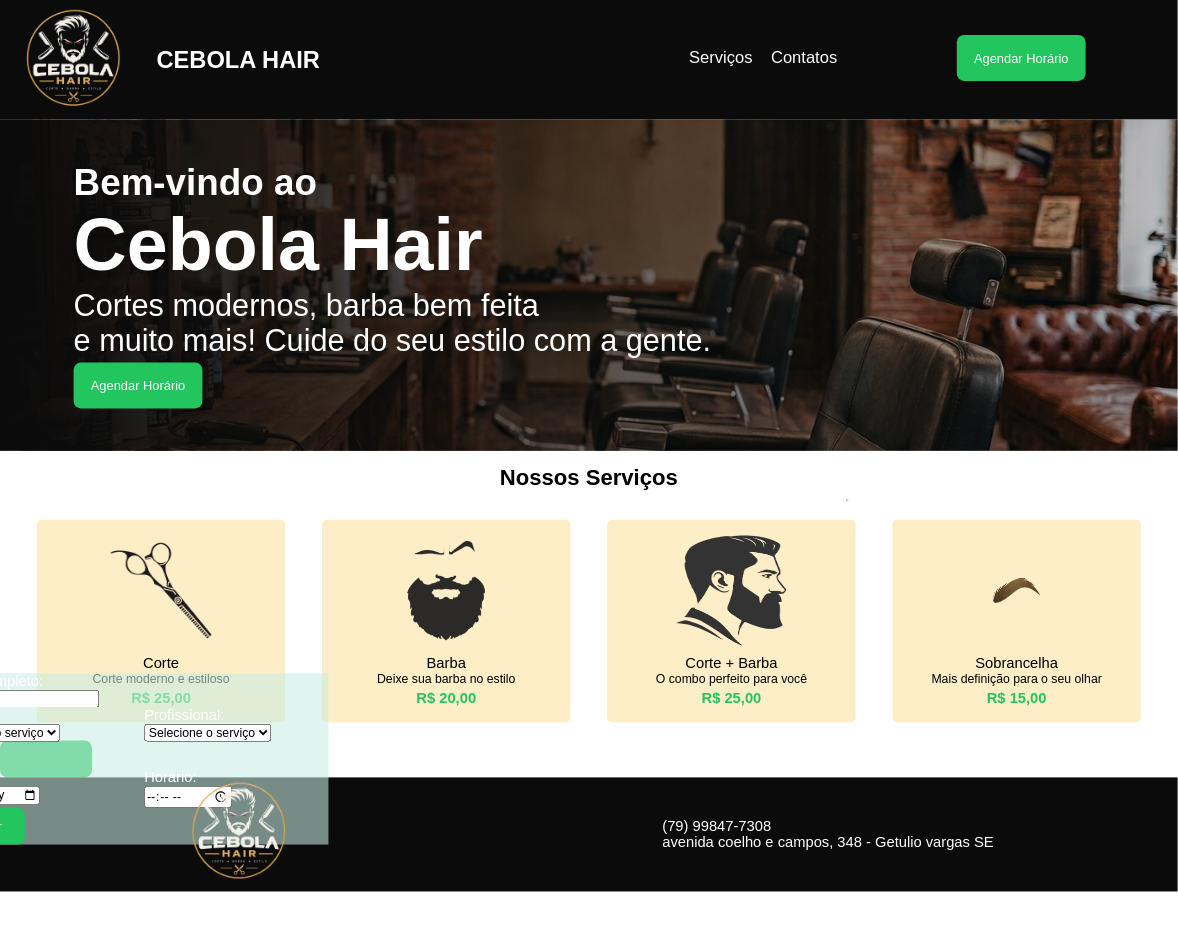
Repository: antonymsantana-design/final.activitie1
Page: index.html
These files come from the project's save history. The page is drawn as it stood at one moment and after the next save; the edit follows.
The browser window is 1280 px wide. The pictures show the whole page, at 92% of full size.

Above is the page before, as saved 2026-09-15 19:44:38.

After the next save:
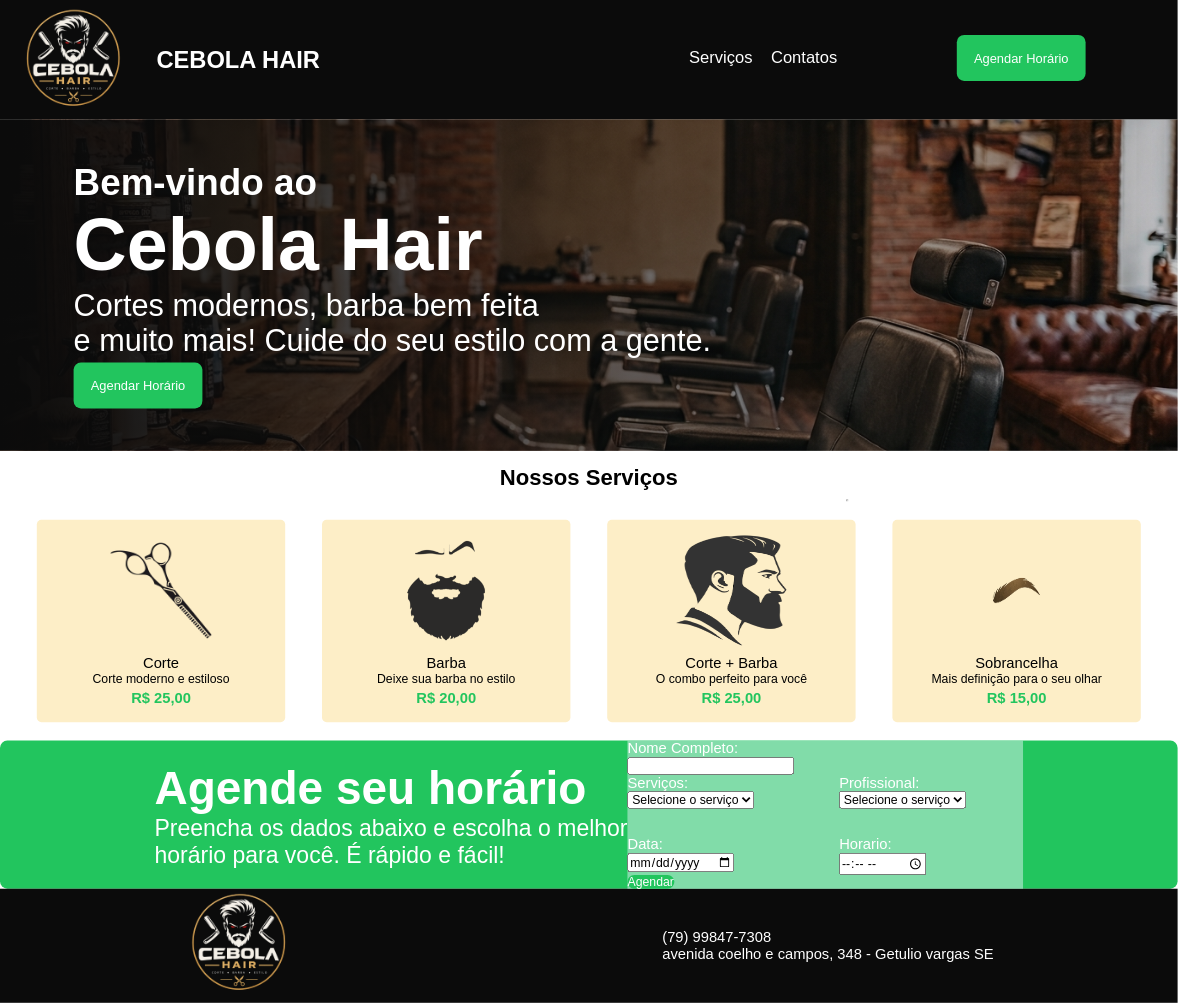
Saved 15 s later.
--- a/style.css
+++ b/style.css
@@ -192,8 +192,7 @@ footer{
     display: flex;
     justify-content: center;
     align-items: center;
-    width: 100px;
-    height: 40px;
+
     background-color: #22C55E;
     border: none;
     color: white;
